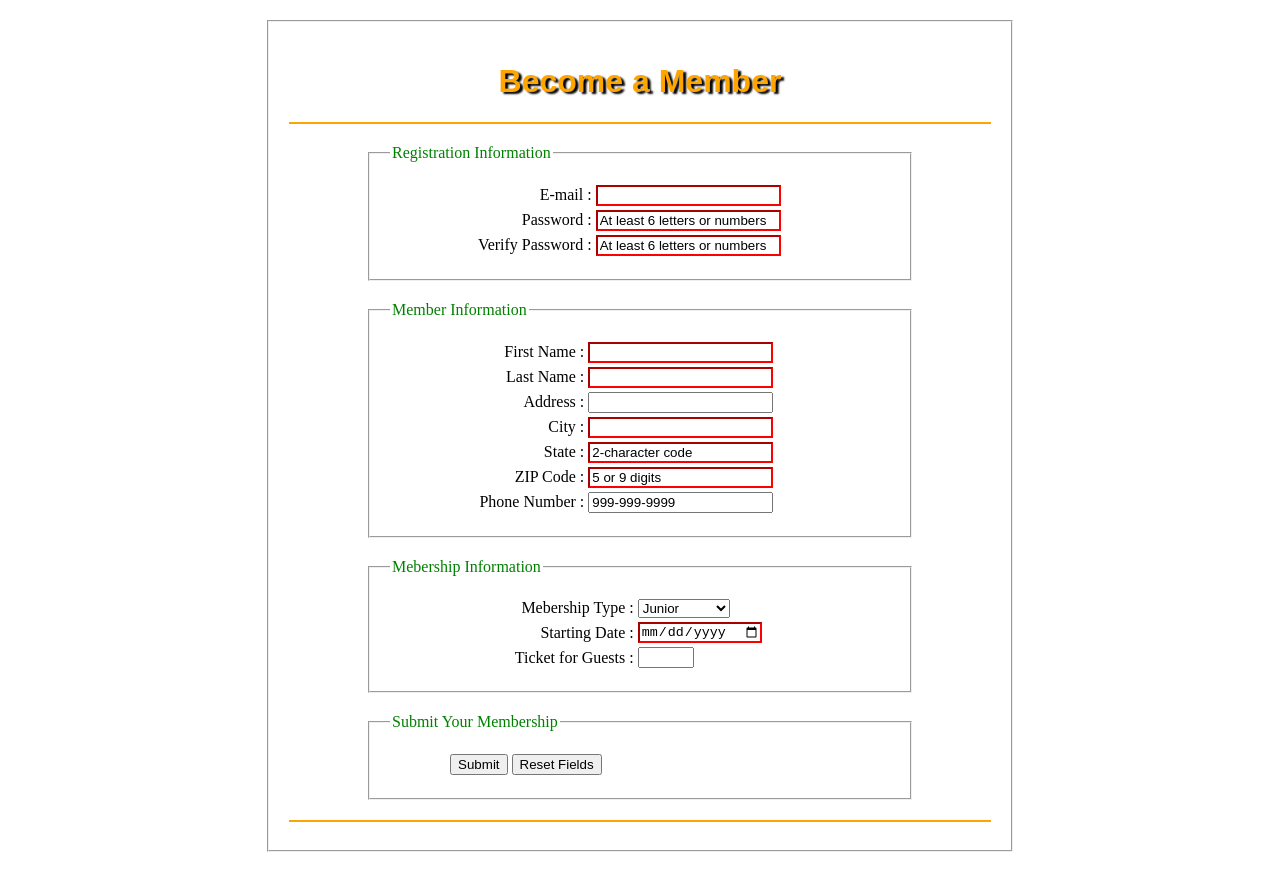
Repository: kjungyoun/Web_Study_2021
Page: 05_seoul08_homework/0302/0302.html
An editor plug-in stored every save of this project. The page is shown before and after the next save, followed by the edit.
The browser window is 1280 px wide. The pictures show the whole page.
Some web fonts or font styles are not loaded; a fallback is used.

Above is the page before, as saved 2021-03-02 12:58:21.

After the next save:
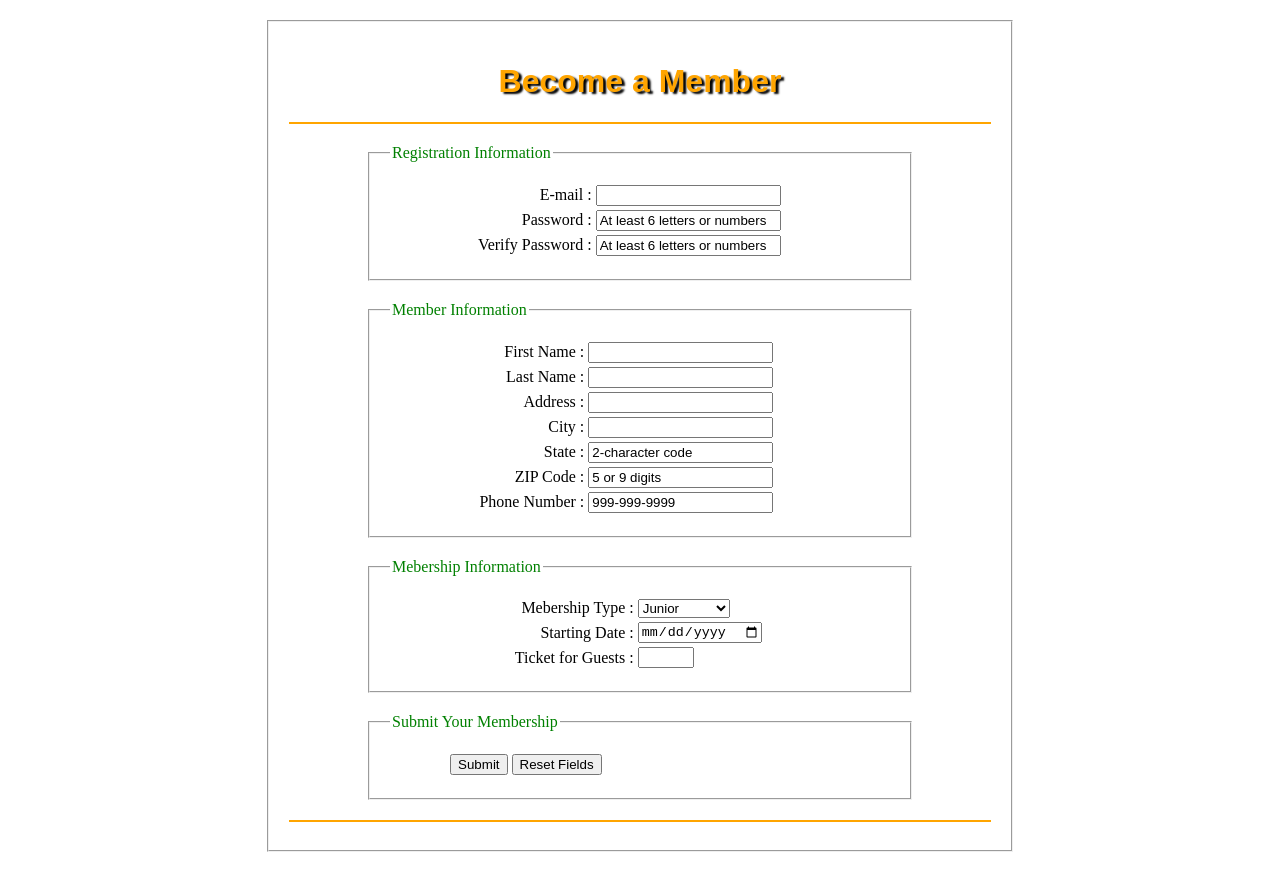
Saved 88 s later.
--- a/05_seoul08_homework/0302/0302.html
+++ b/05_seoul08_homework/0302/0302.html
@@ -49,7 +49,7 @@
 							<label for="userid">E-mail : </label>
 						</td>
 						<td align="left">
-							<input type="email" id="email" name="email" style="border-color: red">
+							<input type="email" id="email" name="email" class="a">
 						</td>
 					</tr>
 					<tr>
@@ -57,7 +57,7 @@
 						<label for="password">Password : </label>
 						</td>
 						<td align="left">
-							<input type="text" id="psw" name="psw" value="At least 6 letters or numbers" style="border-color:red">
+							<input type="text" id="psw" name="psw" value="At least 6 letters or numbers"class="a">
 						</td>
 					</tr>
 					<tr>
@@ -65,7 +65,7 @@
 							<label for="vpassword">Verify Password : </label>
 						</td>
 						<td align="left">
-							<input type="text" id="vpwd" name="vpwd" value="At least 6 letters or numbers" style="border-color:red;">
+							<input type="text" id="vpwd" name="vpwd" value="At least 6 letters or numbers" class="a">
 						</td>
 					</tr>
 				</tbody>
@@ -80,7 +80,7 @@
 							<label for="fname">First Name : </label>
 						</td>
 						<td align="left">
-							<input type="text" id="fname" name="fname" style="border-color:red">
+							<input type="text" id="fname" name="fname" class="a">
 						</td>
 					</tr>
 					<tr>
@@ -88,7 +88,7 @@
 						<label for="lname">Last Name : </label>
 						</td>
 						<td align="left">
-							<input type="text" id="lname" name="lname" style="border-color:red">
+							<input type="text" id="lname" name="lname" class="a">
 						</td>
 					</tr>
 					<tr>
@@ -104,7 +104,7 @@
 							<label for="city">City : </label>
 						</td>
 						<td align="left">
-							<input type="text" id="city" name="city" style="border-color:red">
+							<input type="text" id="city" name="city" class="a">
 						</td>
 					</tr>
 					<tr>
@@ -112,7 +112,7 @@
 							<label for="state">State : </label>
 						</td>
 						<td align="left">
-							<input type="text" id="state" name="state" value="2-character code" style="border-color:red">
+							<input type="text" id="state" name="state" value="2-character code" class="a">
 						</td>
 					</tr>
 					<tr>
@@ -120,7 +120,7 @@
 							<label for="zip">ZIP Code : </label>
 						</td>
 						<td align="left">
-							<input type="text" id="addr" name="addr" value="5 or 9 digits" style="border-color:red">
+							<input type="text" id="addr" name="addr" value="5 or 9 digits" class="a">
 						</td>
 					</tr>
 					<tr>
@@ -158,7 +158,7 @@
 						<label for="date">Starting Date : </label>
 					</td>
 					<td align="left">
-						<input type="date" name="date" style="border-color:red">
+						<input type="date" name="date" class="a">
 					</td>
 				</tr>
 				<tr>

After the save that followed:
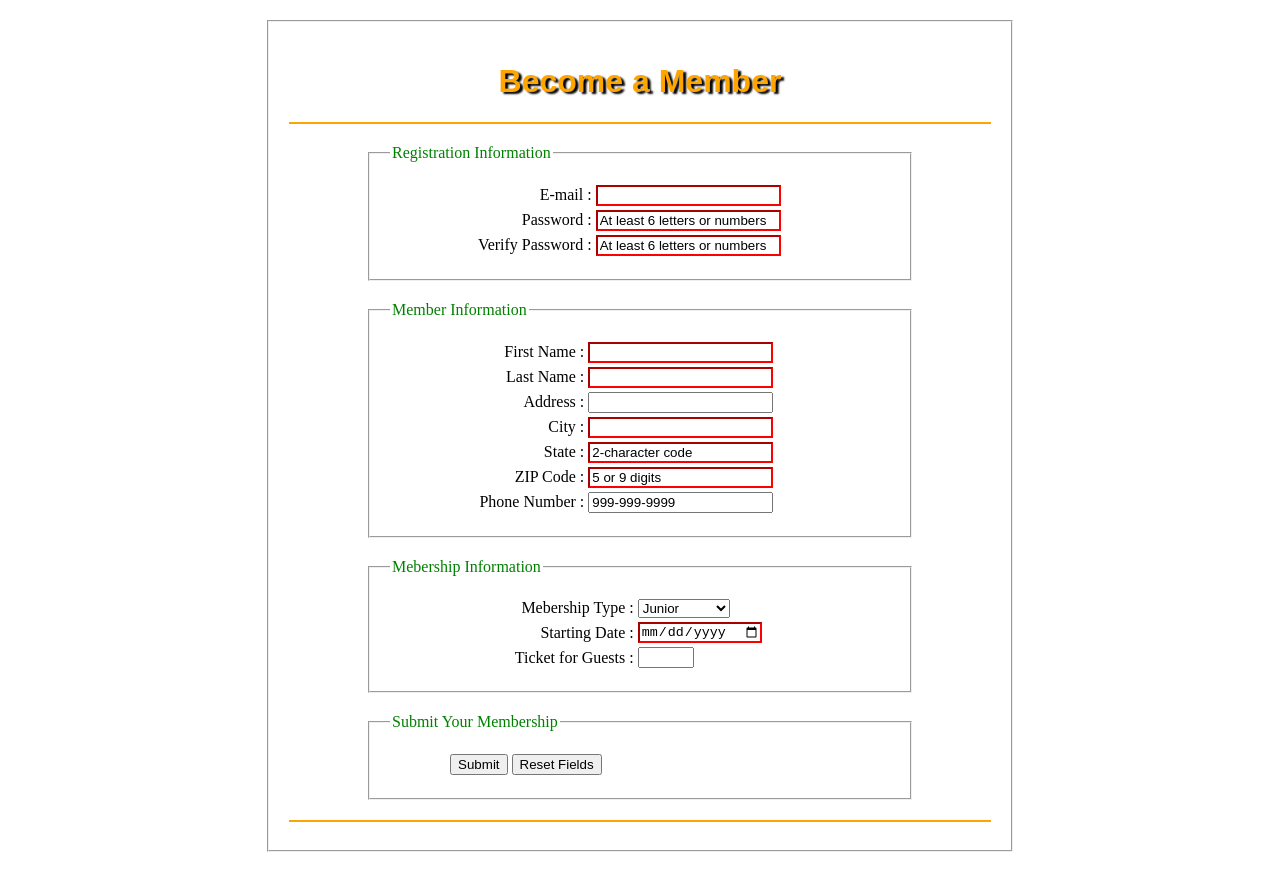
Saved 18 s later.
--- a/05_seoul08_homework/0302/0302.html
+++ b/05_seoul08_homework/0302/0302.html
@@ -27,6 +27,9 @@
 	hr{
 	size  : 2px;
 	width : 700px;
+	}
+	input.a{
+	border-color: red;
 	}
 
 </style>
